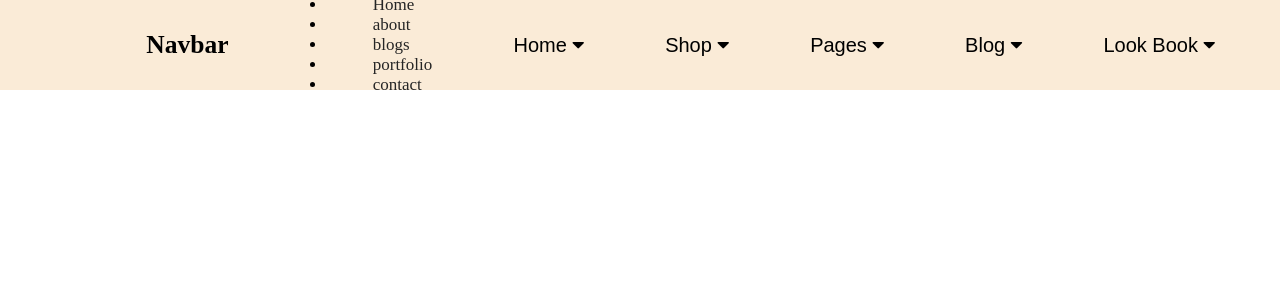
Repository: MorgunovaAlexandra/beauti
Page: index.html
These files come from the project's save history. The page is drawn as it stood at one moment and after a run of saves; the edit follows.
The browser window is 1280 px wide. The pictures show the whole page.

Above is the page before, as saved 2022-08-24 13:52:42.

After the next 2 saves:
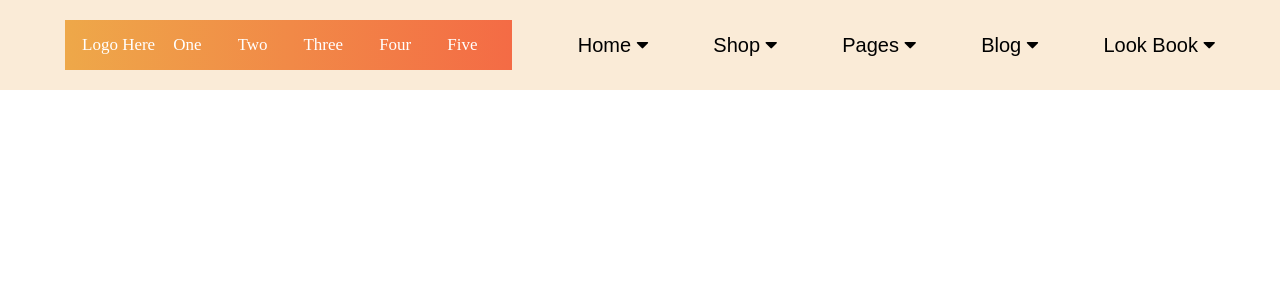
The 2 saves are shown as one change because they came seconds apart.
The last was saved 52 s later.
--- a/index.html
+++ b/index.html
@@ -13,21 +13,22 @@
         <header class="header">
             <div class="header-container _container">
             <nav class="header-nav">
-                <div class="hamburger-lines">
-                    <span class="line line1"></span>
-                    <span class="line line2"></span>
-                    <span class="line line3"></span>
-                  </div>
-                <div class="logo">
-                  <h1>Navbar</h1>
-                </div>
-                <div class="menu-items">
-                  <li><a href="#">Home</a></li>
-                  <li><a href="#">about</a></li>
-                  <li><a href="#">blogs</a></li>
-                  <li><a href="#">portfolio</a></li>
-                  <li><a href="#">contact</a></li>
-                </div>
+                <section class="top-nav">
+                    <div>
+                      Logo Here
+                    </div>
+                    <input id="menu-toggle" type="checkbox" />
+                    <label class='menu-button-container' for="menu-toggle">
+                    <div class='menu-button'></div>
+                  </label>
+                    <ul class="menu">
+                      <li>One</li>
+                      <li>Two</li>
+                      <li>Three</li>
+                      <li>Four</li>
+                      <li>Five</li>
+                    </ul>
+                  </section>
                 <div class="dropdown">
                     <button class="dropbtn">Home
                       <i class="fa fa-caret-down faa"></i>
